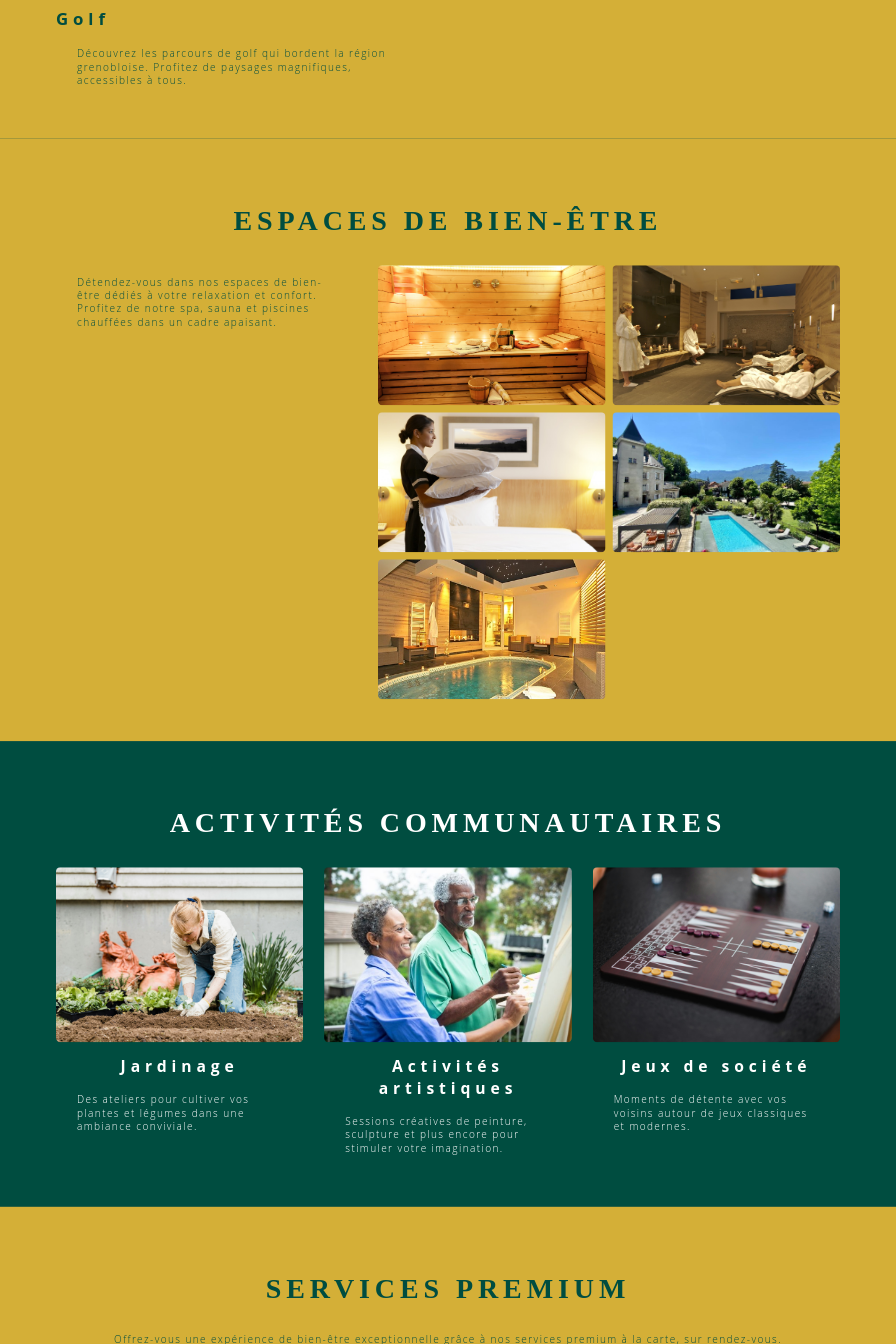
Repository: Rahimzeeeer/alteaaaa
Page: style.html
These files come from the project's save history. The page is drawn as it stood at one moment and after the next save; the edit follows.
The browser window is 1280 px wide. The pictures show the part of the page from y = 1340 to 3260 px (the page is 3663 px tall), at 70% of full size.

Above is the page before, as saved 2025-08-13 03:18:16.

### style.html
<!DOCTYPE html>
<html lang="fr">
<head>
  <meta charset="UTF-8" />
  <meta name="viewport" content="width=device-width, initial-scale=1.0"/>
  <title>Restaurant – Altea</title>
  <link rel="stylesheet" href="style.css" />
  <link rel="stylesheet" href="https://cdnjs.cloudflare.com/ajax/libs/font-awesome/6.5.0/css/all.min.css"/>
</head>
<body>

  <header>
    <nav class="navbar">
      <ul>
        <li><a href="index.html" >Homepage</a></li>
        <li><a href="maison.html">Votre maison</a></li>
        <li><a href="restaurant.html" >Restaurant</a></li>
        <li><a href="style.html" class="active">Style de vie</a></li>
        <li><a href="apropos.html">À propos de nous</a></li>
      </ul>
    </nav>
  </header>

  <section class="style-section gold-bg">
    <h2 class="title serif">SPORT ET BIEN-ÊTRE</h2>
    <div class="sport-grid">
        <div class="sport-item">
            <img src="images/style/yoga.jpg" alt="Yoga & pilates">
            <h3>Yoga & pilates</h3>
            <p>Offrez à votre esprit et votre corps une parenthèse de relaxation avec nos séances de yoga proposées dans un cadre apaisant.</p>
        </div>
        <div class="sport-item">
            <img src="images/style/rando.png" alt="Randonnées">
            <h3>Randonnées</h3>
            <p>Explorez les paysages verdoyants de la région grenobloise, à travers des balades adaptées à tous les niveaux, pour une immersion totale dans la nature environnante.</p>
        </div>
        <div class="sport-item">
            <img src="images/style/danse.jpg" alt="Danse">
            <h3>Danse</h3>
            <p>Nos cours variés vous offrent l'opportunité de bouger au rythme de la musique, tout en stimulant votre énergie et votre créativité.</p>
        </div>
        <div class="sport-item">
            <img src="images/style/ski.jpg" alt="Ski">
            <h3>Ski</h3>
            <p>Situé à 30 minutes des stations de ski des Alpes, Altea est le lieu idéal pour les amateurs de sports d'hiver.</p>
        </div>
        <div class="sport-item">
            <img src="images/style/golf.jpg" alt="Golf">
            <h3>Golf</h3>
            <p>Découvrez les parcours de golf qui bordent la région grenobloise. Profitez de paysages magnifiques, accessibles à tous.</p>
        </div>
    </div>
</section>

<section class="style-section gold-bg">
    <h2 class="title serif">ESPACES DE BIEN-ÊTRE</h2>
    <div class="wellness-grid">
        <div class="text">
            <p>Détendez-vous dans nos espaces de bien-être dédiés à votre relaxation et confort. Profitez de notre spa, sauna et piscines chauffées dans un cadre apaisant.</p>
        </div>
        <div class="images">
            <img src="images/style/sauna.webp" alt="Sauna">
            <img src="images/style/spa.jpg" alt="Spa">
            <img src="images/style/repos.jpg" alt="Salle de repos">
            <img src="images/style/piscine.jpg" alt="Piscine extérieure">
            <img src="images/style/jacuzzi.jpg" alt="Jacuzzi">
        </div>
    </div>
</section>

<section class="style-section green-bg">
    <h2 class="title serif">ACTIVITÉS COMMUNAUTAIRES</h2>
    <div class="community-grid">
        <div class="community-item">
            <img src="images/style/jardinage.jpg" alt="Jardinage">
            <h3>Jardinage</h3>
            <p>Des ateliers pour cultiver vos plantes et légumes dans une ambiance conviviale.</p>
        </div>
        <div class="community-item">
            <img src="images/style/art.jpg" alt="Activités artistiques">
            <h3>Activités artistiques</h3>
            <p>Sessions créatives de peinture, sculpture et plus encore pour stimuler votre imagination.</p>
        </div>
        <div class="community-item">
            <img src="images/style/jeux.jpg" alt="Jeux de société">
            <h3>Jeux de société</h3>
            <p>Moments de détente avec vos voisins autour de jeux classiques et modernes.</p>
        </div>
    </div>
</section>

<section class="style-section gold-bg" id="services-premium">
    <h2 class="title serif">SERVICES PREMIUM</h2>
    <p class="premium-text">Offrez-vous une expérience de bien-être exceptionnelle grâce à nos services premium à la carte, sur rendez-vous.</p>
    <div class="premium-grid">
        <img src="images/style/massage.jpg" alt="Massage relaxant">
        <img src="images/style/coiffure.jpg" alt="Coiffure">
        <img src="images/style/maquillage.jpg" alt="Maquillage">
    </div>
</section>


</body>
</html>

Loaded but not shown: style.css (815 lines, source omitted)

After the next save:
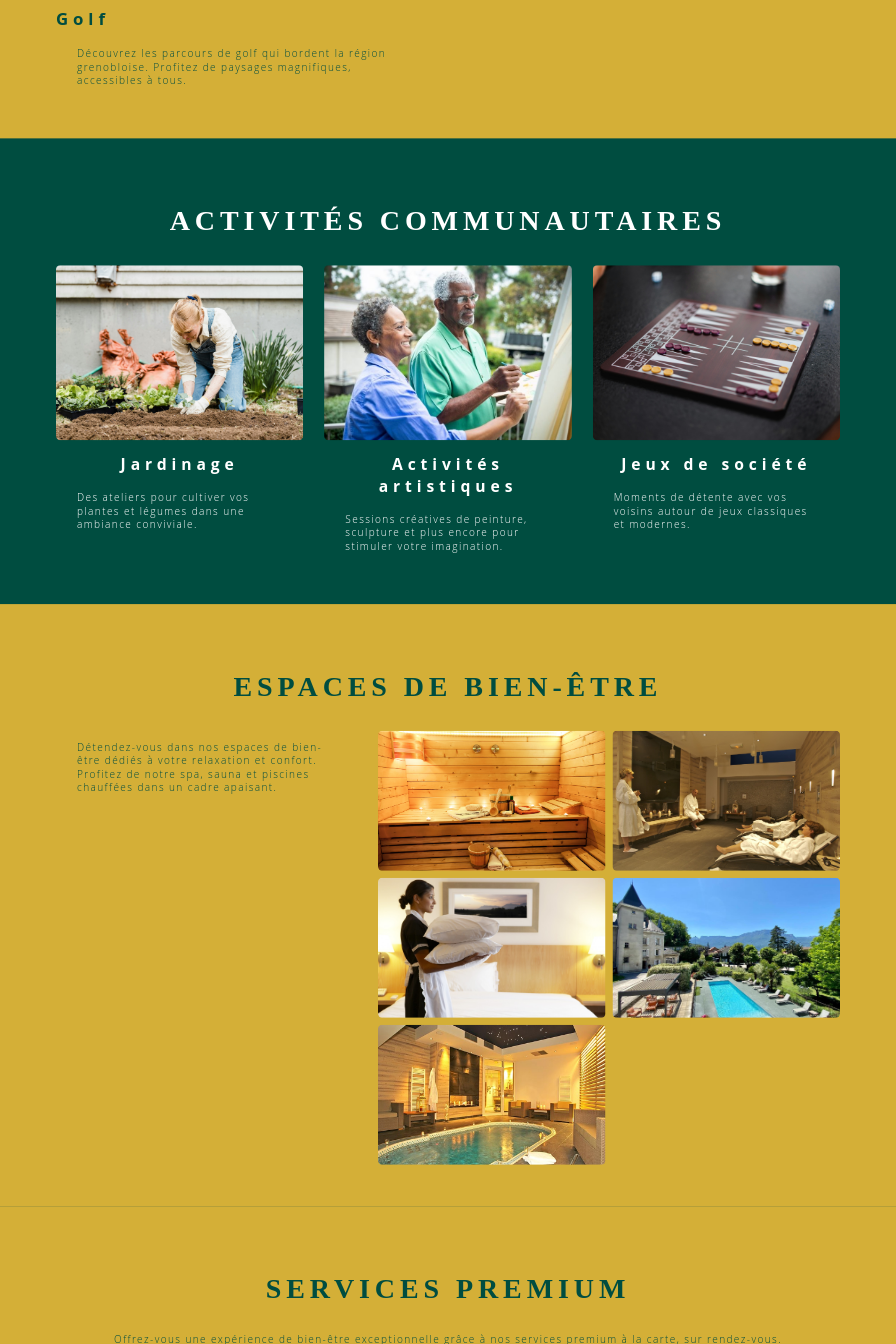
Saved 5 min 24 s later.
--- a/style.html
+++ b/style.html
@@ -21,6 +21,7 @@
     </nav>
   </header>
 
+  <!-- 1) SPORT ET BIEN-ÊTRE (inchangé) -->
   <section class="style-section gold-bg">
     <h2 class="title serif">SPORT ET BIEN-ÊTRE</h2>
     <div class="sport-grid">
@@ -50,25 +51,10 @@
             <p>Découvrez les parcours de golf qui bordent la région grenobloise. Profitez de paysages magnifiques, accessibles à tous.</p>
         </div>
     </div>
-</section>
+  </section>
 
-<section class="style-section gold-bg">
-    <h2 class="title serif">ESPACES DE BIEN-ÊTRE</h2>
-    <div class="wellness-grid">
-        <div class="text">
-            <p>Détendez-vous dans nos espaces de bien-être dédiés à votre relaxation et confort. Profitez de notre spa, sauna et piscines chauffées dans un cadre apaisant.</p>
-        </div>
-        <div class="images">
-            <img src="images/style/sauna.webp" alt="Sauna">
-            <img src="images/style/spa.jpg" alt="Spa">
-            <img src="images/style/repos.jpg" alt="Salle de repos">
-            <img src="images/style/piscine.jpg" alt="Piscine extérieure">
-            <img src="images/style/jacuzzi.jpg" alt="Jacuzzi">
-        </div>
-    </div>
-</section>
-
-<section class="style-section green-bg">
+  <!-- 2) *** NOUVEL ORDRE *** ACTIVITÉS COMMUNAUTAIRES AVANT ESPACES DE BIEN-ÊTRE -->
+  <section class="style-section green-bg">
     <h2 class="title serif">ACTIVITÉS COMMUNAUTAIRES</h2>
     <div class="community-grid">
         <div class="community-item">
@@ -87,9 +73,27 @@
             <p>Moments de détente avec vos voisins autour de jeux classiques et modernes.</p>
         </div>
     </div>
-</section>
+  </section>
 
-<section class="style-section gold-bg" id="services-premium">
+  <!-- 3) ESPACES DE BIEN-ÊTRE (désormais APRÈS activités) -->
+  <section class="style-section gold-bg">
+    <h2 class="title serif">ESPACES DE BIEN-ÊTRE</h2>
+    <div class="wellness-grid">
+        <div class="text">
+            <p>Détendez-vous dans nos espaces de bien-être dédiés à votre relaxation et confort. Profitez de notre spa, sauna et piscines chauffées dans un cadre apaisant.</p>
+        </div>
+        <div class="images">
+            <img src="images/style/sauna.webp" alt="Sauna">
+            <img src="images/style/spa.jpg" alt="Spa">
+            <img src="images/style/repos.jpg" alt="Salle de repos">
+            <img src="images/style/piscine.jpg" alt="Piscine extérieure">
+            <img src="images/style/jacuzzi.jpg" alt="Jacuzzi">
+        </div>
+    </div>
+  </section>
+
+  <!-- 4) SERVICES PREMIUM (inchangé) -->
+  <section class="style-section gold-bg" id="services-premium">
     <h2 class="title serif">SERVICES PREMIUM</h2>
     <p class="premium-text">Offrez-vous une expérience de bien-être exceptionnelle grâce à nos services premium à la carte, sur rendez-vous.</p>
     <div class="premium-grid">
@@ -97,8 +101,7 @@
         <img src="images/style/coiffure.jpg" alt="Coiffure">
         <img src="images/style/maquillage.jpg" alt="Maquillage">
     </div>
-</section>
-
+  </section>
 
 </body>
 </html>
